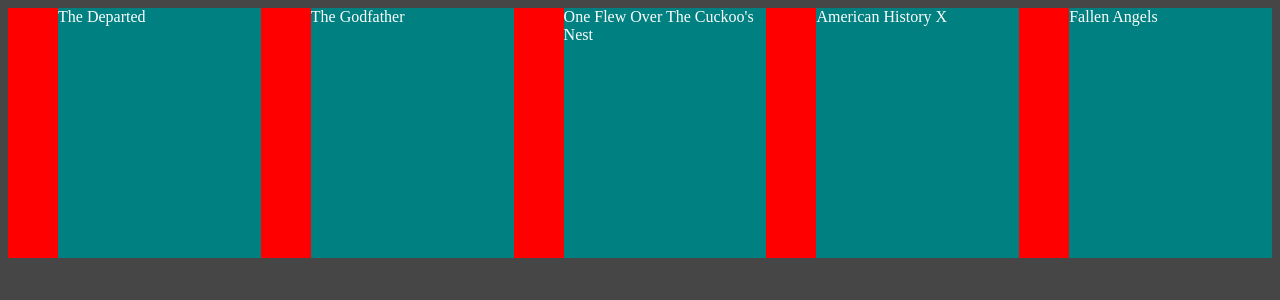
Repository: nishit47/merofilmrecs
Page: web_dev/tiles.html
An editor plug-in stored every save of this project. The page is shown before and after a run of saves, followed by the edit.
The browser window is 1280 px wide. The pictures show the whole page.

Above is the page before, as saved 2021-10-06 15:06:13.

After the next 2 saves:
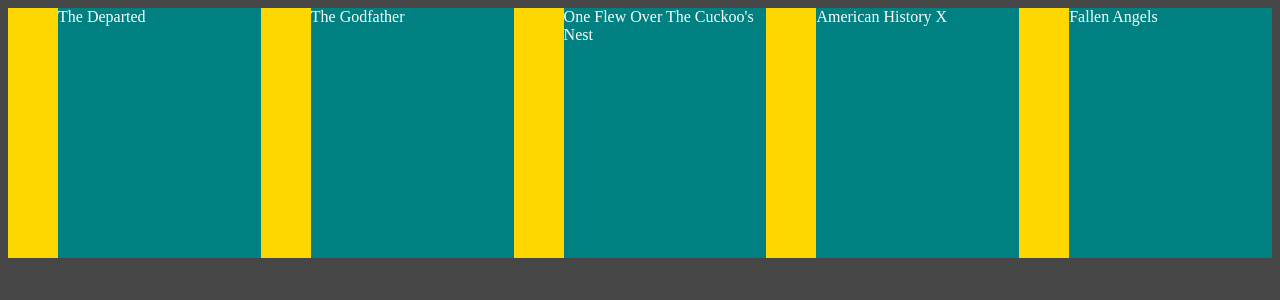
The 2 saves are shown as one change because they came seconds apart.
The last was saved 11 s later.
--- a/web_dev/tiles.html
+++ b/web_dev/tiles.html
@@ -11,7 +11,7 @@
     .movietiles{
         color: white;
         display: flex;
-        background-color: red;
+        background-color:gold;
     }
     .movieitem{
         width: 250px;
